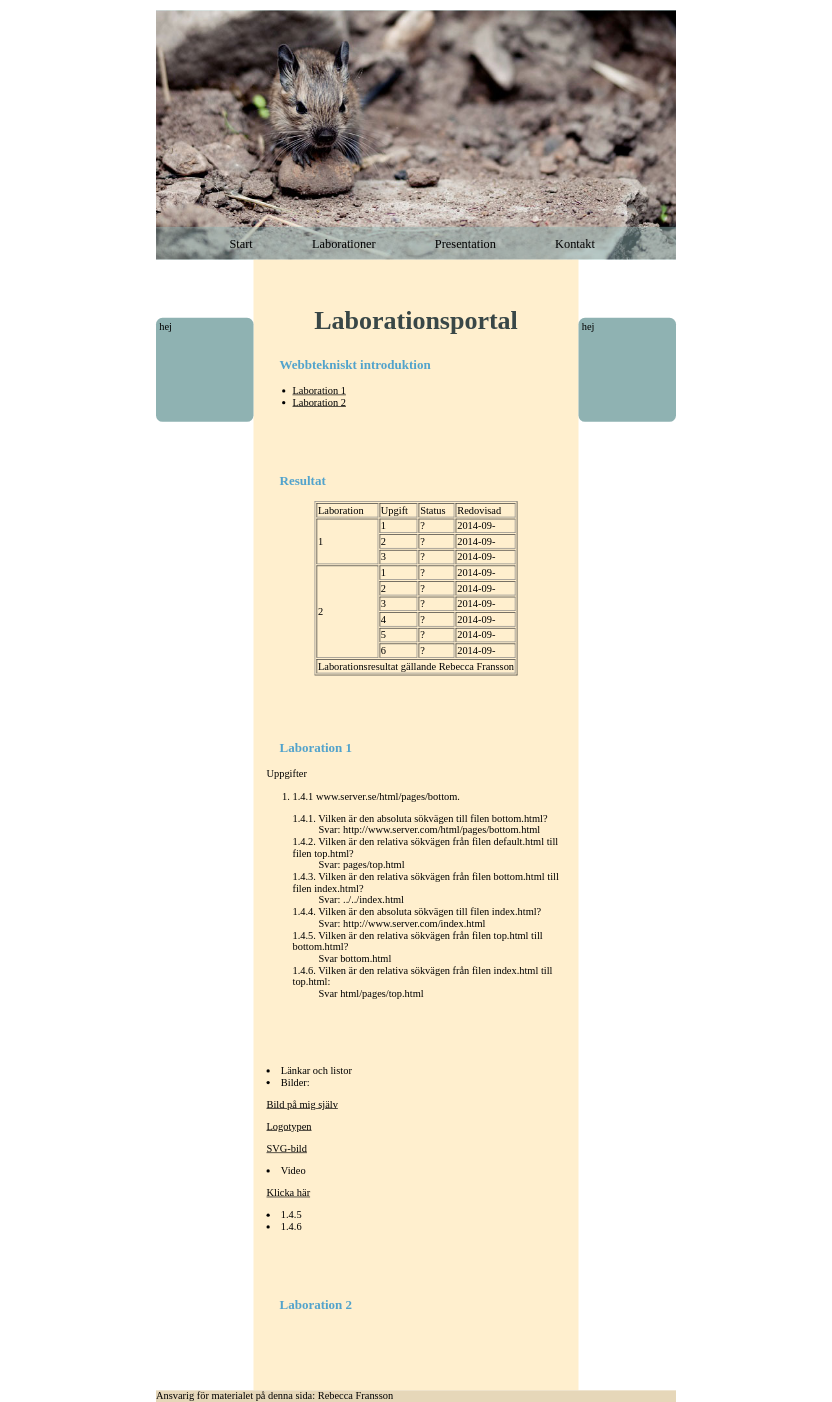
Repository: RebeccaFransson/Interfacedevelopment-1IK415
Page: pages/laborationer.html
The author's editor kept a record of every edit. The page is drawn from the files as they stood at one moment, then again after the next edit.
The browser window is 1280 px wide. The pictures show the whole page, at 65% of full size.

Above is the page before.

### pages/laborationer.html
<!DOCTYPE html>
<html>
<head>
    <meta charset="utf-8"/>
    <title>Laborationer</title>
    <link rel="stylesheet" href="../css/style.css" />
</head>
    <body>

    <div id="header">
        <p><img src="../Pictures/header.jpg" width="800" height="383" alt=""></p>
    </div>

    <div id="meny">
        <ul>
            <li><a href="../index.html">Start</a> </li>  <!-- ../ gör att jag kommer ut till mappen ovan.-->
            <li><a href="laborationer.html">Laborationer</a> </li>
            <li><a href="presentation.html">Presentation</a> </li>
            <li><a href="kontakt.html">Kontakt</a> </li>
        </ul>
    </div>

    <div class="left pic">
     hej
    </div>
    <div class="right pic">
     hej
    </div>

    <div id="content">

        <h2>Laborationsportal</h2>

        <div class="inlagg">
        <h3>Webbtekniskt introduktion</h3>
            <ul>
                <li><a href="#Laboration_1">Laboration 1</a> </li>
                <li><a href="#Laboration_2">Laboration 2</a> </li>
            </ul>
            </div>


         <div class="inlagg">
         <h3>Resultat</h3>
         <table border="1"> <!--Tabell-->
             <thead>
                <tr>
                    <td>Laboration</td>
                    <td>Upgift</td>
                    <td>Status</td>
                    <td>Redovisad</td>
                  </tr>
              </thead>
              <tbody>
                <tr>
                    <td rowspan="3">1</td>
                    <td>1</td>
                    <td>?</td>
                    <td>2014-09-</td>
                </tr>
                <tr>
                    <td>2</td>
                    <td>?</td>
                    <td>2014-09-</td>
                </tr>
                    <tr>
                    <td>3</td>
                    <td>?</td>
                    <td>2014-09-</td>
                </tr>

                <tr>                        <!--Tabell för lab2-->
                    <td rowspan="6">2</td>
                    <td>1</td>
                    <td>?</td>
                    <td>2014-09-</td>
                </tr>
                <tr>
                    <td>2</td>
                    <td>?</td>
                    <td>2014-09-</td>
                </tr>
                <tr>
                    <td>3</td>
                    <td>?</td>
                    <td>2014-09-</td>
                </tr>
                <tr>
                    <td>4</td>
                    <td>?</td>
                    <td>2014-09-</td>
                </tr>
                <tr>
                    <td>5</td>
                    <td>?</td>
                    <td>2014-09-</td>
                </tr>
                <tr>
                    <td>6</td>
                    <td>?</td>
                    <td>2014-09-</td>
                </tr>
            </tbody>
            <tfoot>
                <tr>                        <!--Tabell för lab2-->
                    <td colspan="4">Laborationsresultat gällande Rebecca Fransson</td>
                </tr>
            </tfoot>
             </table>
             </div>


                  <div class="inlagg">
                  <a name="Laboration_1"></a> <!---Gör en ankar länk till laboration 1-->
                  <h3>Laboration 1</h3>
                  <p>Uppgifter</p>

                  <!-- Gör en numrerad lista på uppgifterna i lab1 -->
                  <ol>
                     <li>1.4.1 www.server.se/html/pages/bottom.
                       <dl>
                         <dt>1.4.1. Vilken är den absoluta sökvägen till filen bottom.html?</dt>
                             <dd>Svar: http://www.server.com/html/pages/bottom.html</dd>
                         <dt>1.4.2. Vilken är den relativa sökvägen från filen default.html till filen top.html?</dt>
                             <dd>Svar: pages/top.html</dd>
                         <dt>1.4.3. Vilken är den relativa sökvägen från filen bottom.html till filen index.html?</dt>
                             <dd>Svar: ../../index.html</dd> <!-- ? -->
                         <dt>1.4.4. Vilken är den absoluta sökvägen till filen index.html?</dt>
                             <dd>Svar: http://www.server.com/index.html</dd>
                         <dt>1.4.5. Vilken är den relativa sökvägen från filen top.html till bottom.html?</dt>
                             <dd>Svar bottom.html</dd>
                         <dt>1.4.6. Vilken är den relativa sökvägen från filen index.html till top.html:</dt>
                             <dd>Svar html/pages/top.html</dd>
                       </dl>
                     </li>
                </div>


                <div class="inlagg">
                     <li>Länkar och listor</li>
                     <li>Bilder:
                         <p><a href="presentation.html#Bild_pa_mig">Bild på mig själv</a></p>
                         <p><a href="../Pictures/Logo.png">Logotypen</a> </p>
                         <p><a href="../index.html#blogg-SVG-bild">SVG-bild</a></p>
                     </li>
                     <li>Video
                         <p><a href="../index.html#blogg-video">Klicka här</a></p>
                     </li>
                     <li>1.4.5</li>
                     <li>1.4.6</li>
                 </ol>
                 </div>

                <div class="inlagg">
                 <a name="Laboration_2"></a>
                 <h3>Laboration 2</h3></div>

    </div>

    <div id="footer">
            Ansvarig för materialet på denna sida: Rebecca Fransson
    </div>

    </body>

     </html>

### css/style.css
body {

    width: 800px;
    margin:auto;

}

/*Här är min Header */
#header {

    background-color: #CCFFFF;
    height: 383px;

}

#header img{
    float:left;
    height:383px;
    width:800px;
}

/*Här är min meny och länkarna */

#meny {
    background-color: RGBA(143, 178, 178, 0.5 );
    float: left;
    width: 800px;
    height:50px;
    margin-bottom:20px;
    position:relative;
    bottom:50px;

}


#meny li {
    margin-left:55px;
    list-style: none;
    float:left;


}
#meny a {
       padding:18px;
       text-decoration:none;
       font-size: 19px;

}
a:link {
    color: black;
}

a:visited {
    color: black;
}

a:hover {
    color: #394747;
    background-color: RGBA(255, 239, 206, 0.5 );

}

a:active {
    color: #394747;
}

.active{
     background-color: RGBA(255, 239, 206, 0.5 );
}
/*Här är min Content med text */
#content{

    background-color:#FFEFCE;
    width: 460px;
    margin-left:150px;
    padding:20px;
    height:auto;

}
#content h2 {
    text-align:center;
    font-size:40px;
    color: #394747;
}

#content h3 {
    color: #52A3CC;
    font-size:20px;
    margin-left:20px;
    border-bottom: 2px;
}

table {
    margin:auto;
}

.bildpamig{
    float:left;
    margin-right:10px;
}

.media{
    float:right;
}

.inlagg{
    margin-bottom:100px;
}

img p #content {
    float:none;
}

.signatur{
    float: right;
}


.pic{
    Background-color: #8FB2B2;
    width: 140px;
    height:150px;
    margin-top:20px;

    -webkit-border-radius: 10px;
    -moz-border-radius: 10px;
    border-radius: 10px;
    padding: 5px;
}
.right{
    float:right;
}

.left{
    float:left;
}

#footer {

    Background-color: #E6D7B9;
    height:auto;


}



/*Mina bakgrundsfärger:
Header:#CCFFFF
Content:#FFEFCE
Footer:#E6D7B9
*/

After the next edit:
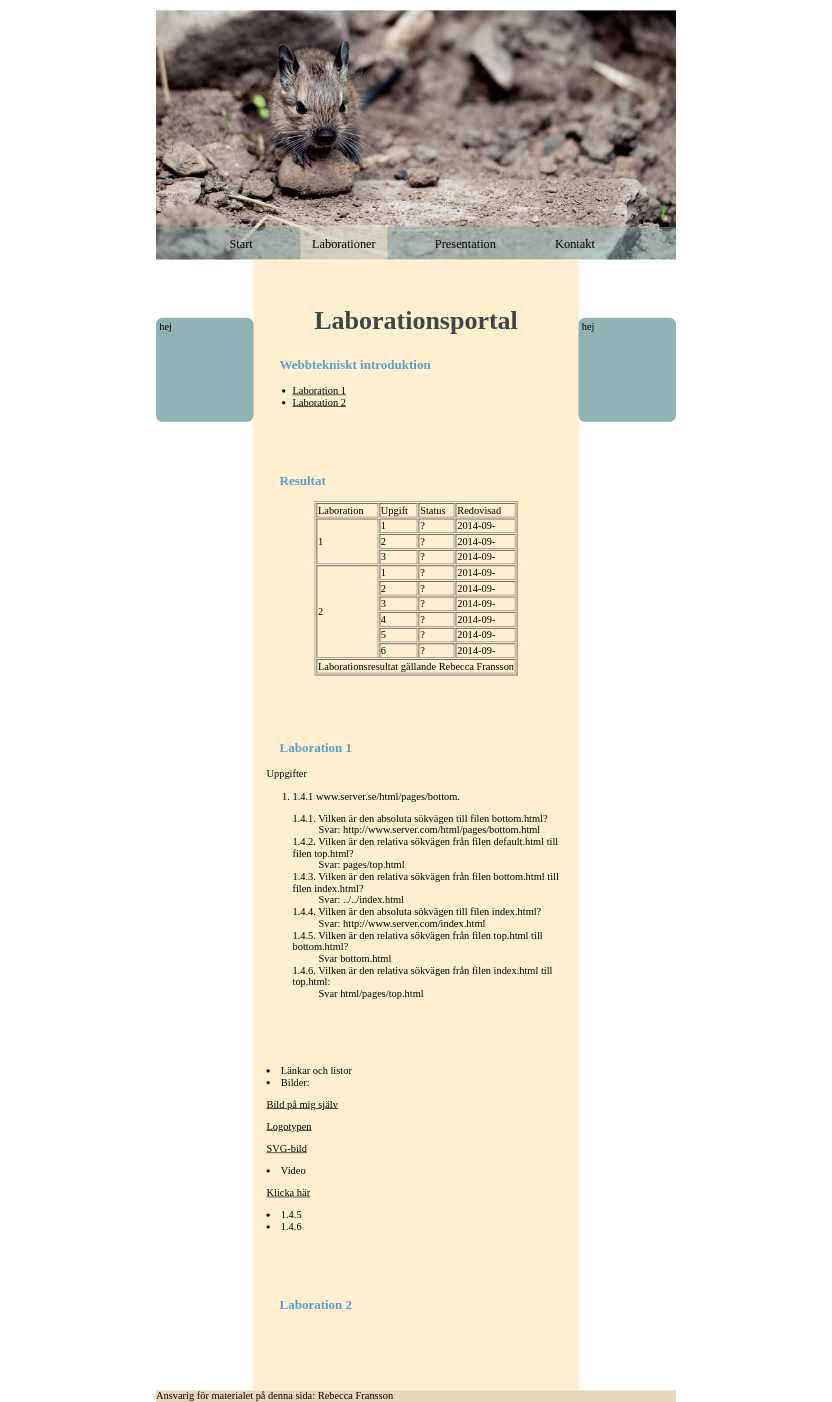
The edit:
--- a/pages/laborationer.html
+++ b/pages/laborationer.html
@@ -14,7 +14,7 @@
     <div id="meny">
         <ul>
             <li><a href="../index.html">Start</a> </li>  <!-- ../ gör att jag kommer ut till mappen ovan.-->
-            <li><a href="laborationer.html">Laborationer</a> </li>
+            <li><a class="active" href="laborationer.html">Laborationer</a> </li>
             <li><a href="presentation.html">Presentation</a> </li>
             <li><a href="kontakt.html">Kontakt</a> </li>
         </ul>
